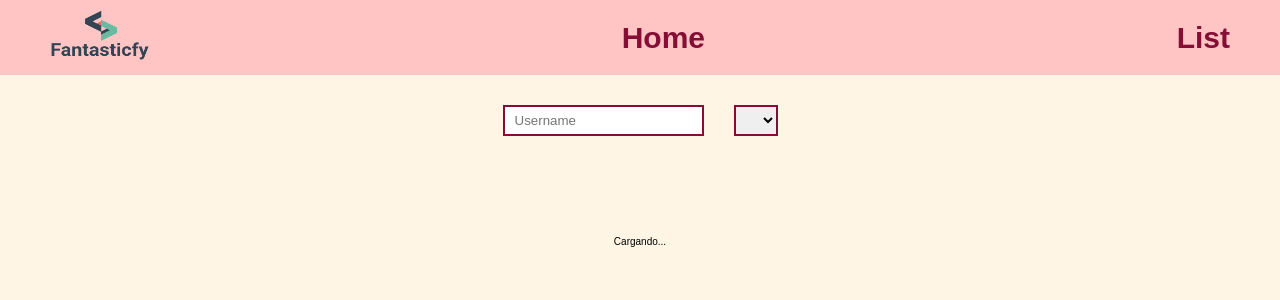
Repository: ChristianGecchelin/fullstack-react-node-fantasticfy
Page: /user-list (app in front/)
The author's editor kept a copy of each file at every save. The page is drawn from the files as they stood at one save, then again after the next save.
The browser window is 1280 px wide. The pictures show the whole page.
The page's requests for data from a server got no answer. The project was rebuilt for these pictures with package versions that can differ from the ones it lists, and the page was loaded fresh each time. No one was signed in, and anything a server would have sent is missing. Also part of the build but not shown: front/src/Components/UserCard/index.css, front/src/Components/UserCard/index.jsx, front/src/Pages/UserProfile.jsx, front/src/App.css.

Above is the page before, as saved 2022-09-05 18:07:17.

### front/src/index.css
:root{
  --main-color:#FFF5E4;
  --secondary-color:#FFC4C4;
  --third-color:#EE6983;
  --fourth-color:#850E35;
}
* {
  margin: 0;
  padding: 0;
  box-sizing: border-box;
}
html {
  font-size: 62.5%;
  font-family: sans-serif;
}
html,body{
  background-color:var(--main-color)
}
ul{
  list-style: none;
}
a{
  text-decoration: none;
}

### front/src/App.js
import { Routes, Route, Link } from "react-router-dom";
import { UserList } from "./Pages/UserList";
import { UserProfile } from "./Pages/UserProfile";
import { Nav } from "./Components/nav/Nav";
import "./App.css";

function App() {
  return (
    <div className="App">
      <Nav />
      <Routes>
        <Route path="/user-list" element={<UserList />} />
        <Route path="/user-profile/:id" element={<UserProfile />} />
      </Routes>
    </div>
  );
}

export default App;

### front/src/Pages/UserList.jsx
import { useEffect, useState } from "react";
import axios from "axios";
import { UserCard } from "../Components/UserCard";
import "./index.css";
export const UserList = () => {
  const [list, setList] = useState([]);
  const [inmutableList, setInmutableList] = useState([]);
  const [genderArray, setGenderArray] = useState([]);
  const [selectValue, setSelectValue] = useState("");
  const [input, setInput] = useState("");

  const getGenderArray = () => {
    if (list) {
      const genders = inmutableList.map((user) => {
        return user.gender;
      });
      let result = genders.filter((item, index) => {
        return genders.indexOf(item) === index;
      });
      setGenderArray(result);
    }
  };
  const getUsers = async () => {
    const response = await axios.get("http://localhost:5005/users");
    setList(response.data);
    setInmutableList(response.data);
  };

  const filterUsersBySelect = () => {
    const filter = inmutableList.filter((user) => {
      return user.gender === selectValue;
    });
    setList(filter);
  };

  const filterByName = () => {
    let result = inmutableList.filter(
      (el) =>
        el.first_name.includes(input) ||
        el.last_name.includes(input) ||
        el.username.includes(input)
    );

    setList(result);
  };

  const handleChangeInput = (e) => {
    setInput(e.target.value);
  };

  const handleChangeSelect = (e) => {
    setSelectValue(e.target.value);
  };

  useEffect(() => {
    getUsers();
  }, []);

  useEffect(() => {
    getGenderArray();
  }, [list]);

  useEffect(() => {
    filterUsersBySelect();
  }, [selectValue]);
  useEffect(() => {
    filterByName();
  }, [input]);
  return (
    <section className="section-page">
      <div className="container--search-bar">
        <input
          type="text"
          value={input}
          onChange={handleChangeInput}
          placeholder="Username"
        />
        <select value={selectValue} onChange={handleChangeSelect}>
          {genderArray.map((gender) => {
            return (
              <option key={gender} value={gender}>
                {gender}
              </option>
            );
          })}
        </select>
      </div>
      <div className="card-list">
        {list.length > 0 ? (
          list.map((user) => {
            return (
              <UserCard
                key={user.id}
                user={user}
                users={list}
                setInmutableList={setInmutableList}
                setList={setList}
              />
            );
          })
        ) : (
          <p>Cargando...</p>
        )}
      </div>
    </section>
  );
};

### front/src/Components/nav/Nav.jsx
import React from "react";
import { Link } from "react-router-dom";
import logo from "../../Assets/logo-fantasticfy.webp";
import "./index.css";
export const Nav = () => {
  return (
    <nav>
      <ul>
        <li>
          <Link to="/">
            <img src={logo} alt="fantasticfy" />
          </Link>
        </li>
        <li>
          <Link to="/">
            <h2>Home</h2>
          </Link>
        </li>
        <li>
          <Link to="/user-list">
            <h2>List</h2>
          </Link>
        </li>
      </ul>
    </nav>
  );
};

### front/src/Pages/index.css
.section-page{
    display: flex;
    flex-direction: column;
    flex-wrap: wrap;
    justify-content: center;
    align-items: center;
    padding: 30px;
    gap: 50px;
}
.container--search-bar{
    display: flex;
    flex-direction: row;
    gap: 30px;
    width: 100%;
    justify-content: center;
    margin-bottom: 50px;
}
.container--search-bar input,
.container--search-bar select{
    padding: 5px 10px;
    border:2px solid var(--fourth-color)
}

.card-list{
    display: flex;
    flex-direction: row;
    flex-wrap: wrap;
    justify-content: center;
    align-items: center;
    gap: 60px;
}
.container-user{
    display: flex;
    flex-direction: row;
    justify-content: center;
    align-items:center;
    flex-wrap: wrap;
    gap: 50px;
    padding: 50px 10px;
}
.container-user .img-user{
    height: 250px;
}
.section-relatedUsers{
    display: flex;
    flex-direction: column;
    justify-content: center;
    align-items:center;
    width:100%;
    gap: 60px;
}
.container-relatedUsers{
    display: flex;
    flex-direction: row;
    flex-wrap: wrap;
    justify-content: center;
    align-items:center;
    gap: 60px;
}
.container-info{
    display: flex;
    flex-direction: column;
    justify-content: flex-end;
    align-items:flex-start;
    font-size: 2rem;
    text-align: left;
    gap: 5px;
}

### front/src/Components/nav/index.css
nav{
    height: auto;
    background-color: var(--secondary-color);
}
nav ul{
    display: flex;
    flex-direction: row;
    justify-content: space-between;
    align-items: center;
    padding: 10px 50px;
}
nav a{
    font-size: 2rem;
    line-height: 2.3rem;
    color: var(--fourth-color);
}
nav img{
    width: 100px;
    height: 50px;
}
nav a:visited{
    color: var(--fourth-color);
}

Loaded but not shown: front/public/index.html (common file); front/src/index.js (common file)

After the next save:
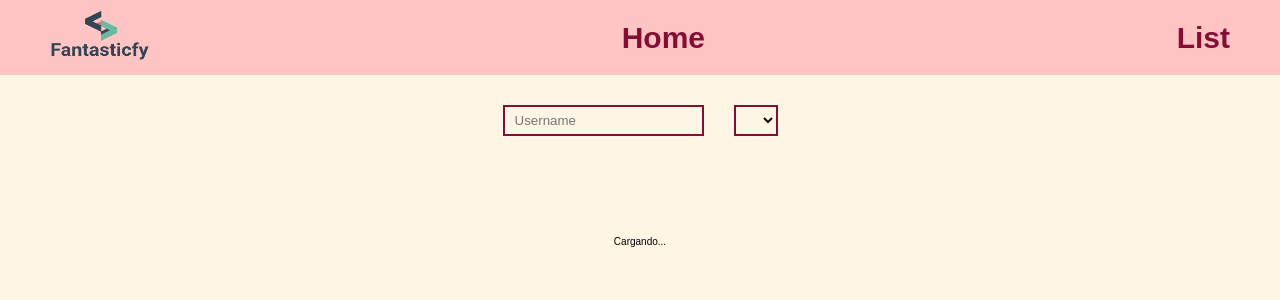
Saved 18 s later.
--- a/front/src/Pages/index.css
+++ b/front/src/Pages/index.css
@@ -18,7 +18,8 @@
 .container--search-bar input,
 .container--search-bar select{
     padding: 5px 10px;
-    border:2px solid var(--fourth-color)
+    border:2px solid var(--fourth-color);
+    background-color:var(--main-color)
 }
 
 .card-list{
